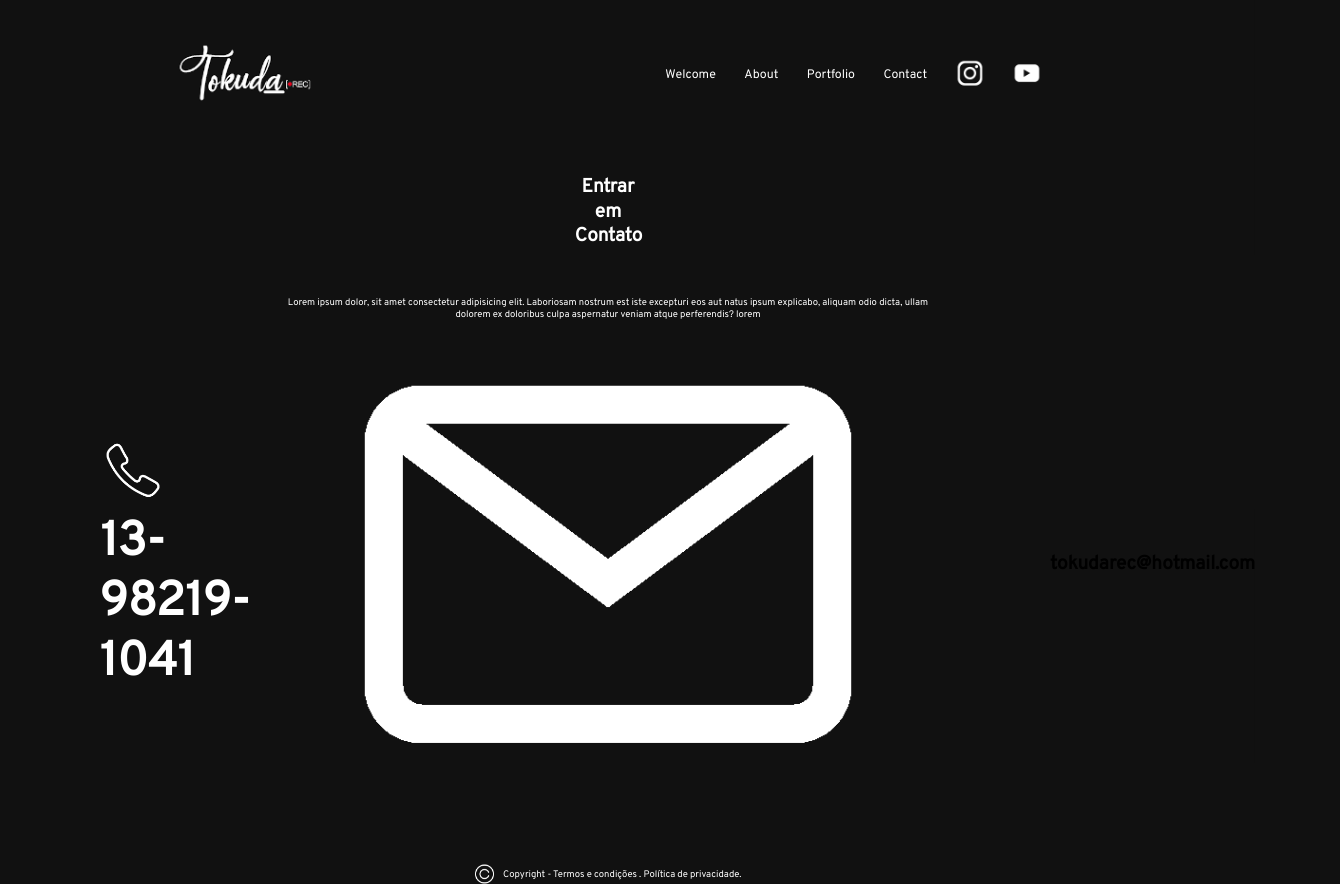
Repository: Lucasbeze/Project-FilmMaker
Page: projeto-alex/pages/contact.html
The author's editor kept a copy of each file at every save. The page is drawn from the files as they stood at one save, then again after a run of saves.
The browser window is 1280 px wide. The page is 1321 px wide, then 1411 px, so the pictures cover 1411 px, including what lies to the right of the window. The pictures show the whole page, at 95% of full size.

Above is the page before, as saved 2022-08-26 16:27:13.

After the next 3 saves:
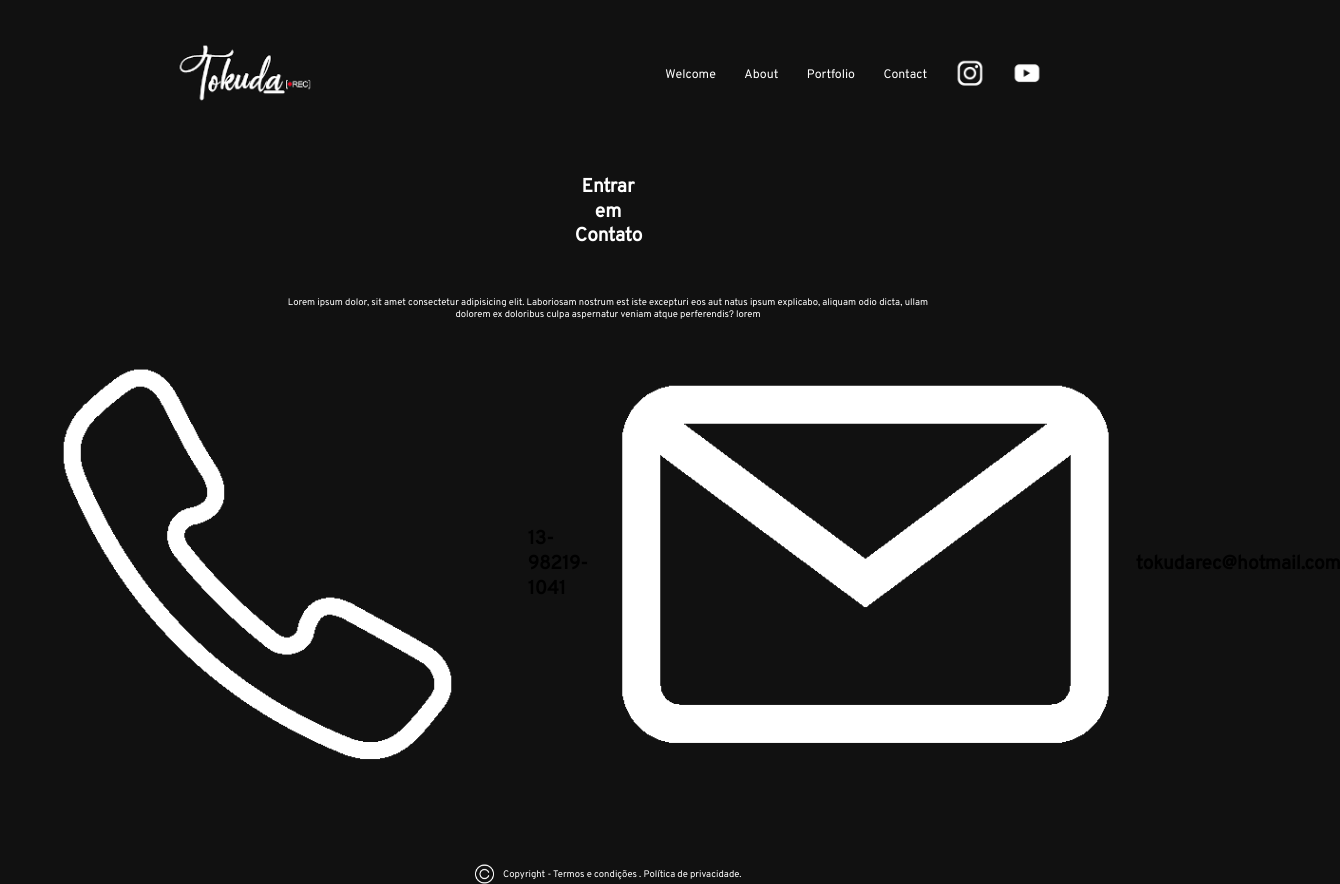
The 3 saves are shown as one change because they came seconds apart.
The last was saved 8 s later.
--- a/projeto-alex/pages/contact.html
+++ b/projeto-alex/pages/contact.html
@@ -26,18 +26,18 @@
       <p>Lorem ipsum dolor, sit amet consectetur adipisicing elit. Laboriosam nostrum est iste excepturi eos aut natus ipsum explicabo, aliquam odio dicta, ullam dolorem ex doloribus culpa aspernatur veniam atque perferendis? lorem</p>
     </div>
     <div class="info">
-      <div class="tel">
+
 
         <img src="../imagens/telefone (1).png" alt="icon-telefone">
 
         <h1>13-98219-1041</h1>
-      </div>
+
 
 
         <img src="../imagens/o-email.png" alt="icone-meial">
 
         <h1>tokudarec@hotmail.com</h1>
-      </div>
+
     </div>
   </main>
   <footer>
